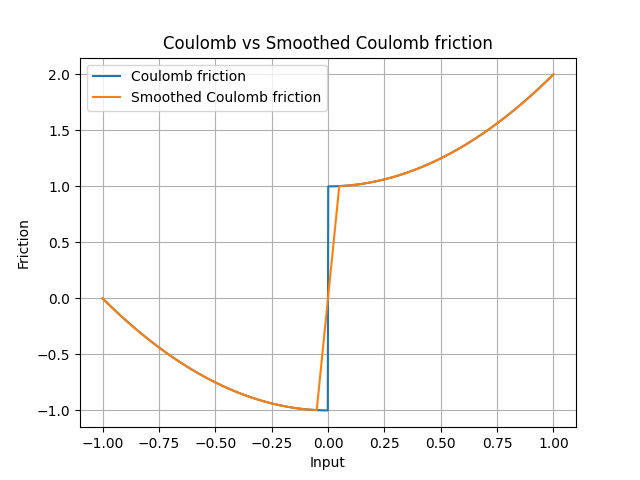
Repository: oomcth/Gradient-smoothing
Script's output: python test.py
These files come from the project's save history. The script's output is drawn as it stood at one moment and after the next save; the edit follows.
Each picture stacks the figures in order, with grey between them; figures that are only written to a file come last. Random numbers start from a fixed seed.

Above is the script's output before, as saved 2025-11-23 12:28:40.
Error: NameError: name 'visualize_coulomb_derivatives' is not defined

### test.py
import numpy as np
import matplotlib.pyplot as plt

rng = np.random.default_rng()
sigma = 0.1
t = 0.1


def coulomb_friction(x):
    return x**2 + (-1 if x < 0 else 1)


def smoothed_coulomb_friction(x, t):
    assert t > 0
    return x**2 + (-1 if x < -t / 2 else 1 if x > t / 2 else 2 * x / t)


def ReLU(x):
    return np.maximum(x, 0)


def visualize_coulomb(t):
    x = np.linspace(-1, 1, 1000)
    y1 = np.array([coulomb_friction(l) for l in x])
    y2 = np.array([smoothed_coulomb_friction(l, t) for l in x])

    plt.plot(x, y1, label="Coulomb friction")
    plt.plot(x, y2, label="Smoothed Coulomb friction")

    plt.legend()
    plt.xlabel("Input")
    plt.ylabel("Friction")
    plt.title("Coulomb vs Smoothed Coulomb friction")
    plt.grid(True)
    plt.show()


def gaussian_pdf(x, mu=0.0, sigma=1.0):
    return 1.0 / (np.sqrt(2 * np.pi) * sigma) * np.exp(-0.5 * ((x - mu) / sigma) ** 2)


def zo_gradient(f, x, M=100):
    x = np.array([x], dtype=np.float64)
    omegas = np.random.normal(loc=0, scale=sigma, size=M)
    xs = x + omegas
    fx = np.array([f(xi) for xi in xs])
    glp = -omegas / (sigma**2)
    return -(fx * glp).sum(axis=0) / M


def fo_gradient(f, x, M=100):
    x = np.array([x], dtype=np.float64)
    omegas = np.random.normal(loc=0, scale=sigma, size=M)
    xs = x + omegas
    grads = 2 * xs
    return grads.mean() + 2 * gaussian_pdf(-x, mu=0, sigma=sigma)


def bi_gradient(f, x, M=100):
    x = np.array([x], dtype=np.float64)
    grads = 2 * x
    return grads.mean() + 2 * gaussian_pdf(-x, mu=0, sigma=sigma)


def visualize_derivatives(f):
    x = np.linspace(-1, 1, 1000)

    y1 = np.array([zo_gradient(f, l, M=100) for l in x])
    y2 = np.array([fo_gradient(f, l, M=100) for l in x])
    y3 = np.array([bi_gradient(f, l, M=100) for l in x])

    plt.plot(x, y1, label="ZoBG derivative estimate")
    plt.plot(x, y2, label="FoBG derivative estimate")
    plt.plot(x, y3, label="biBG derivative estimate")
    plt.legend()
    plt.grid(True)
    plt.show()


visualize_coulomb(t)
visualize_coulomb_derivatives()

After the next save:
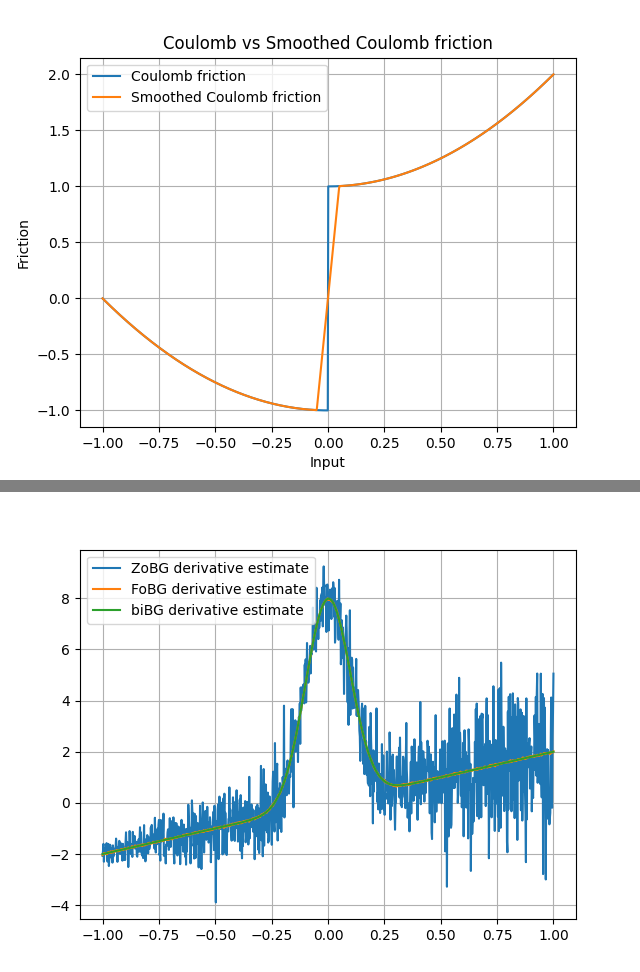
The error is gone.
Saved 5 s later.
--- a/test.py
+++ b/test.py
@@ -78,4 +78,4 @@ def visualize_derivatives(f):
 
 
 visualize_coulomb(t)
-visualize_coulomb_derivatives()
+visualize_derivatives(coulomb_friction)
